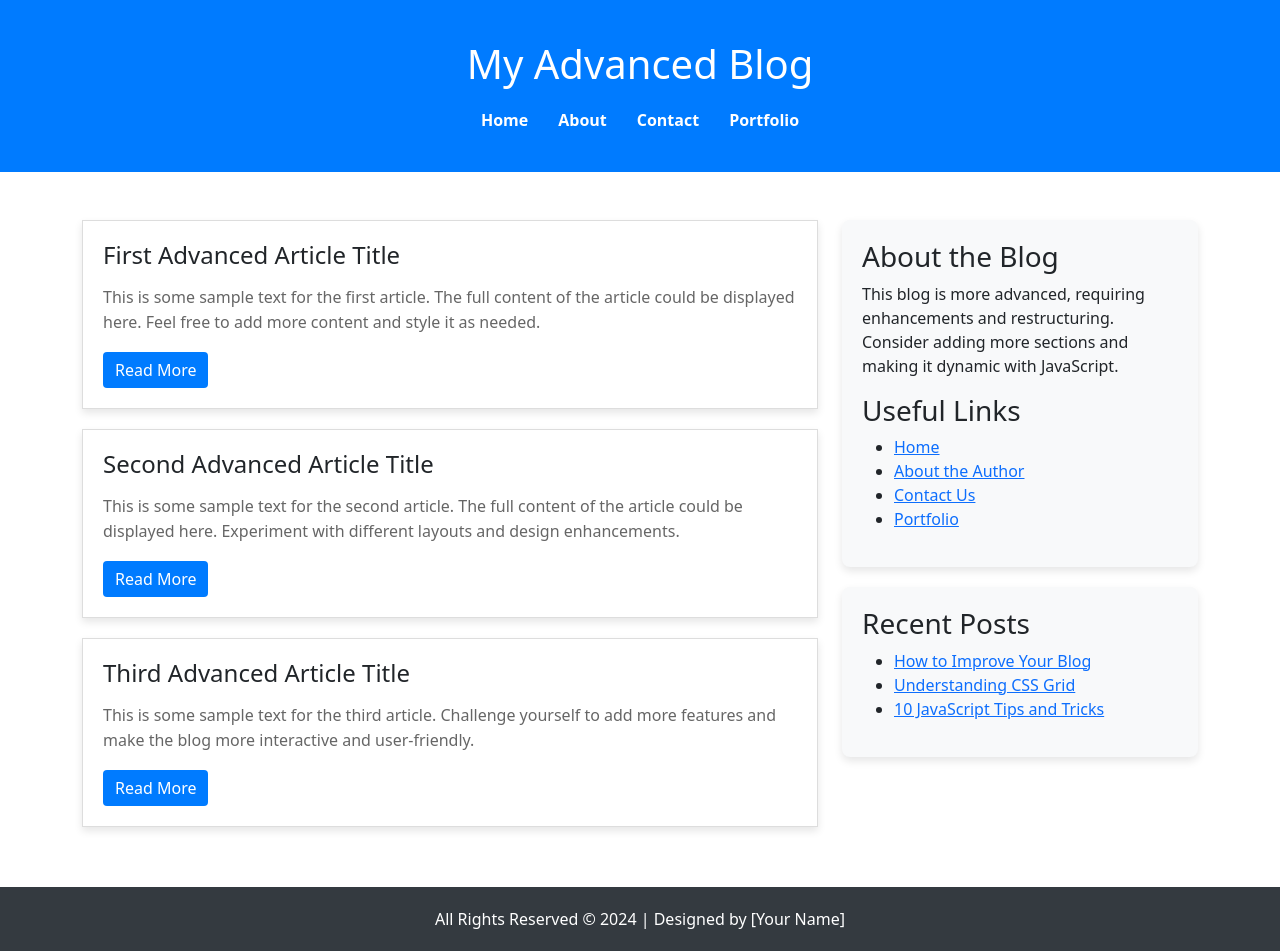
Repository: zeinawady/Blog-Code-Refactoring
Page: index.html
These files come from the project's save history. The page is drawn as it stood at one moment and after the next save; the edit follows.
The browser window is 1280 px wide. The pictures show the whole page.

Above is the page before, as saved 2024-09-23 13:51:43.

### index.html
<!DOCTYPE html>
<html lang="en">
  <head>
    <meta charset="UTF-8" />
    <meta name="viewport" content="width=device-width, initial-scale=1.0" />
    <title>My Advanced Blog</title>
    <link rel="stylesheet" href="style.css">
    <link
      href="https://cdn.jsdelivr.net/npm/bootstrap@5.1.3/dist/css/bootstrap.min.css"
      rel="stylesheet"
    />

  </head>
  <body>
    <header>
      <h1>My Advanced Blog</h1>
      <nav>
        <a href="#">Home</a>
        <a href="#">About</a>
        <a href="#">Contact</a>
        <a href="#">Portfolio</a>
      </nav>
    </header>

    <div class="container mt-5">
      <div class="row">
        <div class="col-md-8">
          <article>
            <h2>First Advanced Article Title</h2>
            <p>
              This is some sample text for the first article. The full content
              of the article could be displayed here. Feel free to add more
              content and style it as needed.
            </p>
            <button class="btn btn-primary">Read More</button>
          </article>
          <article>
            <h2>Second Advanced Article Title</h2>
            <p>
              This is some sample text for the second article. The full content
              of the article could be displayed here. Experiment with different
              layouts and design enhancements.
            </p>
            <button class="btn btn-primary">Read More</button>
          </article>
          <article>
            <h2>Third Advanced Article Title</h2>
            <p>
              This is some sample text for the third article. Challenge yourself
              to add more features and make the blog more interactive and
              user-friendly.
            </p>
            <button class="btn btn-primary">Read More</button>
          </article>
        </div>
        <div class="col-md-4">
          <aside>
            <h3>About the Blog</h3>
            <p>
              This blog is more advanced, requiring enhancements and
              restructuring. Consider adding more sections and making it dynamic
              with JavaScript.
            </p>
            <h3>Useful Links</h3>
            <ul>
              <li><a href="#">Home</a></li>
              <li><a href="#">About the Author</a></li>
              <li><a href="#">Contact Us</a></li>
              <li><a href="#">Portfolio</a></li>
            </ul>
          </aside>
          <aside>
            <h3>Recent Posts</h3>
            <ul>
              <li><a href="#">How to Improve Your Blog</a></li>
              <li><a href="#">Understanding CSS Grid</a></li>
              <li><a href="#">10 JavaScript Tips and Tricks</a></li>
            </ul>
          </aside>
        </div>
      </div>
    </div>

    <div class="footer">
      <p>All Rights Reserved © 2024 | Designed by [Your Name]</p>
    </div>

    <script src="https://cdn.jsdelivr.net/npm/bootstrap@5.1.3/dist/js/bootstrap.bundle.min.js"></script>
  </body>
</html>

### style.css
body {
    font-family: Arial, sans-serif;
    background-color: #f4f4f9;
  }
  header {
    background-color: #007bff;
    color: white;
    padding: 40px 0;
    text-align: center;
    position: relative;
  }
  header::after {
    content: "";
    position: absolute;
    bottom: -20px;
    left: 50%;
    transform: translateX(-50%);
    width: 100px;
    height: 5px;
    background-color: white;
  }
  nav {
    display: flex;
    justify-content: center;
    margin-top: 20px;
  }
  nav a {
    color: white;
    margin: 0 15px;
    text-decoration: none;
    font-weight: bold;
  }
  nav a:hover {
    text-decoration: underline;
  }
  article {
    border: 1px solid #ddd;
    margin-bottom: 20px;
    padding: 20px;
    background-color: white;
    box-shadow: 0 4px 8px rgba(0, 0, 0, 0.1);
    transition: transform 0.3s ease, box-shadow 0.3s ease;
  }
 artcile:hover {
    transform: translateY(-5px);
    box-shadow: 0 8px 16px rgba(0, 0, 0, 0.2);
  }
  article h2 {
    font-size: 1.5rem;
    margin-bottom: 15px;
  }
  article p {
    color: #666;
    line-height: 1.6;
  }
  article .btn-primary {
    background-color: #007bff;
    border: none;
  }
  article .btn-primary:hover {
    background-color: #0056b3;
  }
  aside {
    background-color: #f8f9fa;
    padding: 20px;
    border-radius: 8px;
    box-shadow: 0 4px 8px rgba(0, 0, 0, 0.1);
    margin-bottom: 20px;
  }
  .sidebar h3 {
    margin-bottom: 20px;
    font-size: 1.2rem;
  }
  .sidebar ul {
    list-style-type: none;
    padding-left: 0;
  }
  .sidebar ul li {
    margin-bottom: 10px;
  }
  .sidebar ul li a {
    color: #007bff;
    text-decoration: none;
  }
  .sidebar ul li a:hover {
    text-decoration: underline;
  }
  .footer {
    background-color: #343a40;
    color: white;
    text-align: center;
    padding: 20px;
    margin-top: 40px;
  }
  .footer p {
    margin: 0;
  }

After the next save:
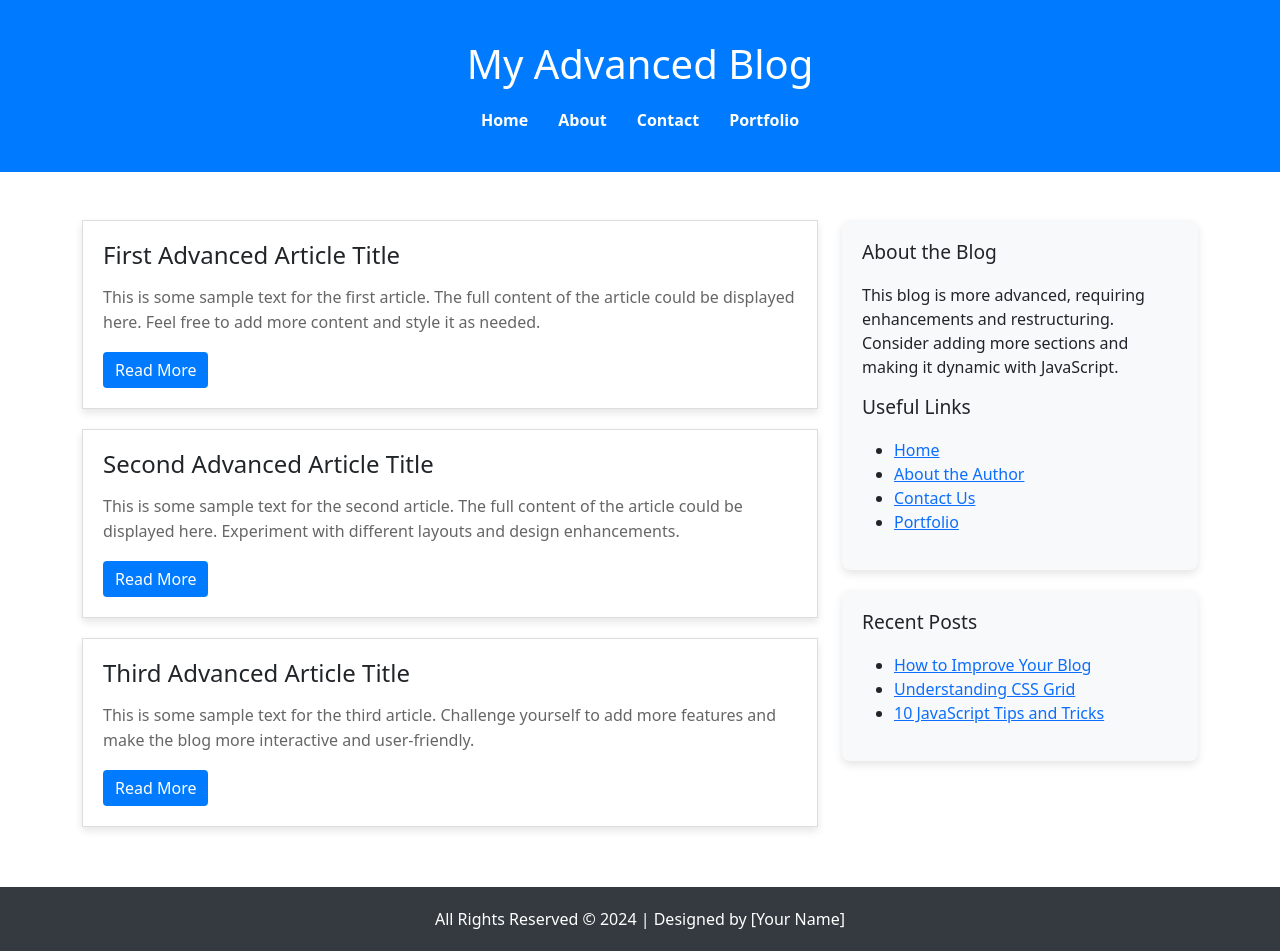
Saved 4 s later.
--- a/style.css
+++ b/style.css
@@ -67,7 +67,7 @@ body {
     box-shadow: 0 4px 8px rgba(0, 0, 0, 0.1);
     margin-bottom: 20px;
   }
-  .sidebar h3 {
+  aside h3 {
     margin-bottom: 20px;
     font-size: 1.2rem;
   }
